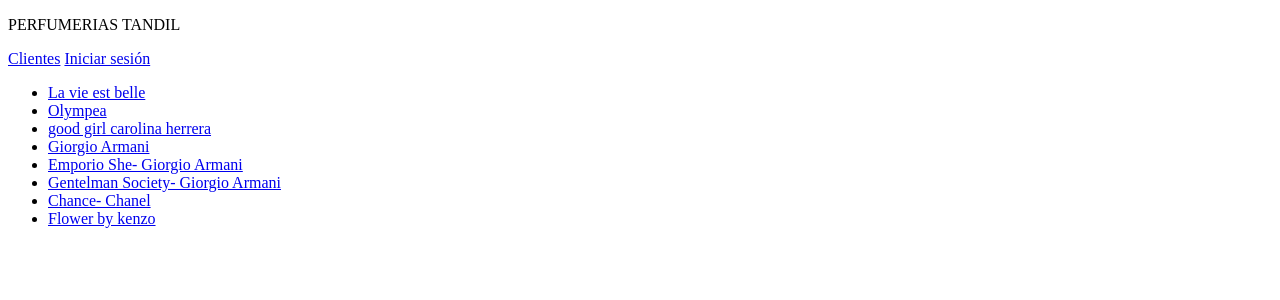
Repository: LuliDiNucci/TPO-Di-Nucci-Tunesi
Page: http://localhost/tpe/ventas
The author's editor kept a copy of each file at every save. The page is drawn from the files as they stood at one save, then again after the next save.
The browser window is 1280 px wide. The pictures show the whole page.
The page is run by PHP 8.4 with error messages shown; the project is at /var/www/html/. The database holds what the project's SQL file puts in it.

Above is the page before, as saved 2024-10-17 20:21:44.

### entrega2/tpe/router.php
<?php
require_once '../tpe/app/libs/respuesta.php';
require_once '../tpe/app/middlewares/aut.sesion.middleware.php';
require_once '../tpe/app/middlewares/verificar.aut.middleware.php';
require_once '../tpe/app/controladores/autenticacion.controlador.php';
require_once '../tpe/app/controladores/ventas.controlador.php';
require_once '../tpe/app/controladores/clientes.controlador.php';
require_once '../tpe/app/controladores/funcionalidades.controlador.php';
require_once '../tpe/config.php';
define('BASE_URL', '');

$res = new Respuesta();

$accion = 'home';
if (!empty($_GET['action'])) {
    $accion = $_GET['action'];
}

$parametros = explode('/', $accion);

switch ($parametros[0]) {
    case 'inicio':
        AutSesionMiddleware($res);
        $controlador = new ControladorFuncionalidades($res);
        $controlador->mostrarInicio();
        break;
    case 'ventas':
        AutSesionMiddleware($res);
        $controlador = new ControladorVentas($res);
        $controlador->mostrarVentas();
        break;
    case 'eliminarVenta':
        AutSesionMiddleware($res);
        VerificarAutMiddleware($res);
        $controlador = new ControladorVentas($res);
        $controlador->borrarVenta($parametros[1]);
        $controlador->mostrarVentas();
        break;
    case 'agregarVenta':
        AutSesionMiddleware($res);
        VerificarAutMiddleware($res);
        $controlador = new ControladorVentas($res);
        $controlador->agregarVenta();
        $controlador->mostrarVentas();
        break;

    case 'editarVenta':
        AutSesionMiddleware($res);
        VerificarAutMiddleware($res);
        $controlador = new ControladorVentas($res);
        $controlador->editarVenta($parametros[1]);
        break;

    case 'venta':
        AutSesionMiddleware($res);
        if (!empty($parametros[1])) {
            $controlador = new ControladorVentas($res);
            $controlador->mostrarVenta($parametros[1]);
        }
        break;
    case 'clientes':
        AutSesionMiddleware($res);
        $controlador = new ControladorClientes($res);
        $controlador->mostrarClientes();
        break;
    case 'agregarCliente':
        AutSesionMiddleware($res);
        VerificarAutMiddleware($res);
        $controlador = new ControladorClientes($res);
        $controlador->agregarCliente();
        $controlador->mostrarClientes();
        break;
    case 'eliminarCliente':
        AutSesionMiddleware($res);
        VerificarAutMiddleware($res);
        $controlador = new ControladorClientes($res);
        $controlador->borrarCliente($parametros[1]);
        $controlador->mostrarClientes();
        break;
    case 'editarCliente':
        AutSesionMiddleware($res);
        VerificarAutMiddleware($res);
        $controlador = new ControladorClientes($res);
        $controlador->editarCliente($parametros[1]);
        break;
    case 'cliente':
        if (!empty($parametros[1])) {
            $controlador = new ControladorClientes($res);
            $controlador->mostrarCliente($parametros[1]);
        }
        break;
    case 'mostrarIniciarSesion':
        $controlador = new AutenticacionControlador();
        $controlador->mostrarInicioSesion();
        break;
    case 'inicioSesion':
        $controlador = new AutenticacionControlador();
        $controlador->iniciarSesion();
        break;
    case 'cerrarSesion':
        AutSesionMiddleware($res);
        VerificarAutMiddleware($res);
        $controlador = new AutenticacionControlador();
        $controlador->cerrarSesion();
        break;
    default:
        $controlador = new ControladorFuncionalidades($res);
        $controlador->mostrarDefault("Page not found error 404");
        break;
}

### entrega2/tpe/app/libs/respuesta.php
<?php
    class Respuesta {
        public $usuario = null;
    }

### entrega2/tpe/app/middlewares/aut.sesion.middleware.php
<?php
    function AutSesionMiddleware($res) {
        session_start();
        if(isset($_SESSION['id_usuario'])){
            $res->usuario = new stdClass();
            $res->usuario->id_usuario = $_SESSION['id_usuario'];
            $res->usuario->nombre = $_SESSION['nombre'] ?? null;
            return;
        }
    }

### entrega2/tpe/app/middlewares/verificar.aut.middleware.php
<?php
    function VerificarAutMiddleware($res) {
        if($res->usuario) {
            return;
        } else {
            header('Location: ' . BASE_URL . 'showIniciarSesion');
            die();
        }
    }
?>

### entrega2/tpe/app/controladores/autenticacion.controlador.php
<?php

require_once '../tpe/app/modelos/usuario.modelo.php';
require_once '../tpe/app/vistas/autenticacion.vista.php';
require_once 'config.php';

class AutenticacionControlador
{
    private $modelo;
    private $vista;

    public function __construct()
    {
        $this->modelo = new ModeloUsuario();
        $this->vista = new AutenticacionVista();
    }

    public function mostrarInicioSesion()
    {
        return $this->vista->mostrarInicioSesion();
    }

    public function iniciarSesion()
    {
        if (empty($_POST['nombre']) && empty($_POST['contrasena'])) {
            return $this->vista->mostrarInicioSesion('Complete sus datos:');
        }

        $nombre = $_POST['nombre'];
        $contrasena = $_POST['contrasena'];
        $usuarioDB = $this->modelo->obtenerUsuarioPorNombre($nombre, $contrasena);


        if ($usuarioDB && password_verify($contrasena, $usuarioDB->contrasena)) {
            session_start();
            $_SESSION['id_usuario'] = $usuarioDB->id_usuario;
            $_SESSION['nombre'] = $usuarioDB->nombre;
            error_log('Usuario encontrado: ' . print_r($usuarioDB, true));
            header('Location: ' . BASE_URL . 'inicio');
            exit();
        } else {
            return $this->vista->mostrarInicioSesion('Datos incorrectos');
        }

    }
    public function cerrarSesion()
    {
        session_start();
        session_destroy();
        header('Location: ' . BASE_URL . 'inicio');
    }

}

### entrega2/tpe/app/modelos/usuario.modelo.php
<?php
require_once 'modelo.php';
require_once 'config.php';

class ModeloUsuario extends Modelo
{
    public function _deploy()
    {
        $query = $this->db->query('SHOW TABLES LIKE \'usuario\'');
        $tablas = $query->fetchAll();

        if (count($tablas) == 0) {
            $usuarios = [
                ['nombre' => 'webadmin', 'contrasena' => 'Admin1229']
            ];

            $sql = <<<SQL
                CREATE TABLE `usuario` (
                    `id_usuario` int(11) NOT NULL AUTO_INCREMENT,
                    `nombre` varchar(50) NOT NULL,
                    `contrasena` varchar(500) NOT NULL,
                    PRIMARY KEY (`id_usuario`)
                ) ENGINE=InnoDB DEFAULT CHARSET=utf8mb4 COLLATE=utf8mb4_general_ci;
            SQL;

            $this->db->query($sql);

            $insertarSql = "INSERT INTO usuario(nombre,contrasena) VALUES (?, ?)";
            $sentencia = $this->db->prepare($insertarSql);

            foreach ($usuarios as $usuario) {
                $sentencia->execute([
                    $usuario['nombre'],
                    password_hash($usuario['contrasena'], PASSWORD_DEFAULT)
                ]);
            }
        }
        $check = $this->db->query("SELECT * FROM usuario");
        var_dump($check->fetchAll());
    }

    public function obtenerUsuarioPorNombre($nombre, $contrasena)
    {
        // Buscar el usuario por su nombre
        $query = $this->db->prepare("SELECT * FROM usuario WHERE nombre = ?");
        $query->execute([$nombre]);

        $usuario = $query->fetch(PDO::FETCH_OBJ);

        return $usuario;
    }

}

### entrega2/tpe/app/modelos/modelo.php
<?php
require_once 'config.php';

abstract class Modelo {
    protected $db;

    public function __construct() {
        $this->db = new PDO("mysql:host=" . MYSQL_HOST .
            ";dbname=" . MYSQL_DB .
            ";charset=utf8", MYSQL_USER, MYSQL_PASS);
        $this->_deploy();
    }
    abstract protected function _deploy();
}

### entrega2/tpe/config.php
<?php

require_once '../tpe/app/modelos/ventas.modelo.php';
require_once '../tpe/app/modelos/usuario.modelo.php';
require_once '../tpe/app/modelos/clientes.modelo.php';
require_once '../tpe/app/modelos/modelo.php';

const MYSQL_USER = 'root';
const MYSQL_PASS = '';
const MYSQL_DB = 'compras';
const MYSQL_HOST = 'localhost';

### entrega2/tpe/app/modelos/ventas.modelo.php
<?php
require_once 'modelo.php';
require_once 'config.php';

class ModeloVentas extends Modelo
{
    protected function _deploy()
    {
        $query = $this->db->query('SHOW TABLES LIKE\'ventas\'');
        $tablas = $query->fetchAll();

        if (count($tablas) == 0) {
            $ventas = [
                ['clave_foranea' => '17', 'fecha_compra' => '2024-10-17 17:38:24', 'monto' => '175000', 'producto' => 'Olympea', 'importado' => '0'],
                ['clave_foranea' => '17', 'fecha_compra' => '2024-10-17 17:38:24', 'monto' => '175000', 'producto' => 'Olympea', 'importado' => '0'],
                ['clave_foranea' => '14', 'fecha_compra' => '2024-10-17 22:39:21', 'monto' => '223740', 'producto' => 'good girl carolina herrera', 'importado' => '1'],
                ['clave_foranea' => '15', 'fecha_compra' => '2024-10-17 22:39:57', 'monto' => '185900', 'producto' => 'Giorgio Armani', 'importado' => '1'],
                ['clave_foranea' => '15', 'fecha_compra' => '2024-10-17 22:40:25', 'monto' => '161100', 'producto' => 'Emporio She- Giorgio Armani', 'importado' => '0'],
                ['clave_foranea' => '18', 'fecha_compra' => '2024-10-17 22:40:50', 'monto' => '166789', 'producto' => 'Gentelman Society- Giorgio Armani', 'importado' => '1'],
                ['clave_foranea' => '16', 'fecha_compra' => '2024-10-17 22:41:23', 'monto' => '153500', 'producto' => 'Chance- Chanel', 'importado' => '1'],
                ['clave_foranea' => '16', 'fecha_compra' => '2024-10-17 22:41:50', 'monto' => '154615', 'producto' => 'Flower by kenzo', 'importado' => '1']

            ];
            $sql = <<<SQL
                CREATE TABLE `ventas` (
                        `id_venta` int(11) NOT NULL,
                        `clave_foranea` int(11) NOT NULL,
                        `fecha_compra` datetime NOT NULL,
                        `monto` int(255) NOT NULL,
                        `producto` varchar(255) NOT NULL,
                        `Importado` tinyint(1) NOT NULL
                        ) ENGINE=InnoDB DEFAULT CHARSET=utf8 COLLATE=utf8_spanish_ci;
            SQL;
            $this->db->query($sql);
            $insertarSql = "INSERT INTO ventas (clave_foranea, fecha_compra, monto, producto, importado) values(?,?,?,?,?)";
            $sentencia = $this->db->prepare($insertarSql);
            foreach ($ventas as $venta) {
                $sentencia->execute([
                    $venta['clave_foranea'],
                    $venta['fecha_compra'],
                    $venta['monto'],
                    $venta['producto'],
                    $venta['importado']
                ]);
            }
        }
    }
    public function obtenerVentas()
    {
        $query = $this->db->prepare('SELECT * FROM ventas');
        $query->execute();

        $ventas = $query->fetchAll(PDO::FETCH_OBJ);

        return $ventas;
    }

    public function obtenerVenta($id_venta)
    {
        $query = $this->db->prepare('SELECT * FROM ventas WHERE id_venta = ?');
        $query->execute([$id_venta]);

        $venta = $query->fetch(PDO::FETCH_OBJ);

        return $venta;
    }

    public function insertarVenta($clave_foranea, $fecha_compra, $monto, $producto, $importado)
    {
            $query = $this->db->prepare('INSERT INTO ventas(clave_foranea, fecha_compra, monto, producto, importado) VALUES (?, ?, ?, ?, ?)');
            $query->execute([$clave_foranea, $fecha_compra, $monto, $producto, $importado]);

            $id_venta = $this->db->lastInsertId();

            return $id_venta;
    }

    public function borrarVenta($id_venta)
    {
        $query = $this->db->prepare('DELETE FROM ventas WHERE id_venta = ?');
        $query->execute([$id_venta]);
    }


    public function editarVenta($id_venta, $fecha_compra, $monto, $producto, $importado)
    {
        $query = $this->db->prepare('UPDATE ventas SET fecha_compra = ?, monto = ?, producto = ?, importado = ? WHERE id_venta = ?');
        $query->execute([$fecha_compra, $monto, $producto, $importado, $id_venta]);
    }
}

### entrega2/tpe/app/vistas/autenticacion.vista.php
<?php

class AutenticacionVista{
    private $usuario = null;

    public function mostrarInicioSesion($error = '') {
        require '../tpe/app/plantillas/form_inicio_sesion.phtml';
    }

}

### entrega2/tpe/app/controladores/ventas.controlador.php
<?php
require_once '../tpe/app/modelos/ventas.modelo.php';
require_once '../tpe/app/vistas/ventas.vista.php';
require_once 'config.php';

class ControladorVentas
{
    private $modelo;
    private $vista;

    private $modeloCLientes;

    private $usuario;

    public function __construct($res)
    {
        $this->modelo = new ModeloVentas();
        $this->vista = new VistaVentas($res->usuario);
        $this->modeloCLientes = new ModeloClientes();
        $this->usuario=$res->usuario;
    }

    public function mostrarVentas()
    {
        $ventas = $this->modelo->obtenerVentas();
        $clientes = $this->modeloCLientes->obtenerClientes();
        return $this->vista->mostrarVentas($ventas, $clientes);
    }

    public function mostrarVenta($id_venta)
    {
        $venta = $this->modelo->obtenerVenta($id_venta);
        $clientes= $this->modeloCLientes->obtenerClientes();

        if ($venta) {
            return $this->vista->mostrarVenta($venta, $clientes);

        } else {
            header("Location: ../ventas");
            exit;
        }
    }
    public function agregarVenta()
        {
            $claveForanea = $_POST['clave_foranea'];
            $fechaCompra = $_POST['fecha_compra'];
            $monto = $_POST['monto'];
            $producto = $_POST['producto'];
            $importado = $_POST['importado'];

            $this->modelo->insertarVenta($claveForanea, $fechaCompra, $monto, $producto, $importado);

            header("Location: ././ventas");
            exit;
        }

    public function borrarVenta($id_venta)
    {
        $venta = $this->modelo->obtenerVenta($id_venta);
        $this->modelo->borrarVenta($id_venta);

        header("Location: ../ventas");
        exit;
    }

    public function editarVenta($id_venta)
    {

        $venta = $this->modelo->obtenerVenta($id_venta);
        $clientes = $this->modeloCLientes->obtenerClientes();

        if (isset($_POST['producto']) ) {

            $fecha_compra = $_POST['fecha_compra'];
            $monto = $_POST['monto'];
            $producto = $_POST['producto'];
            $importado = $_POST['importado'];

            $this->modelo->editarVenta($id_venta, $fecha_compra, $monto, $producto, $importado);
            header("Location: ../ventas");
            exit;

        } else {
            $this->vista->mostrarFormularioEditar($venta, $clientes);
        }

    }




}

### entrega2/tpe/app/vistas/ventas.vista.php
<?php

class VistaVentas {
    private $usuario = null;

    public function __construct($usuario) {
        $this->usuario = $usuario;
    }



    public function mostrarVentas($ventas, $clientes) {
        $cantidadVentas = count($ventas);
        $cantidadClientes = count($clientes);
        $usuario = $this->usuario;
        require '../tpe/app/plantillas/lista_ventas.phtml';
        if (isset($_SESSION['nombre'])){
            require '../tpe/app/plantillas/form_venta.phtml';
        }

    }

    public function mostrarVenta($venta, $clientes) {
       require '../tpe/app/plantillas/detalle_venta.phtml';
    }

    public function mostrarError($error) {
        require '../tpe/app/plantillas/error.phtml';
    }
    public function mostrarFormularioEditar($venta, $clientes) {
        require '../tpe/app/plantillas/form_editar_venta.phtml';
    }

}

### entrega2/tpe/app/controladores/clientes.controlador.php
<?php
require_once '../tpe/app/modelos/clientes.modelo.php';
require_once '../tpe/app/vistas/clientes.vista.php';
require_once 'config.php';

class ControladorClientes
{
    private $modelo;
    private $vista;

    public function __construct($res)
    {
        $this->modelo = new ModeloClientes();
        $this->vista = new VistaClientes($res->usuario);
    }

    public function mostrarClientes()
    {
        $clientes = $this->modelo->obtenerClientes();

        return $this->vista->mostrarClientes($clientes);
    }
    public function mostrarCliente($id_cliente)
    {
        $cliente = $this->modelo->obtenerClientes($id_cliente);
        $ventasCliente = $this->modelo->obtenerVentasCliente($id_cliente);

        if ($cliente) {
            $this->vista->mostrarCliente($cliente, $ventasCliente);
        } else {
            header("Location: ../clientes");
            exit;
        }
    }


    public function agregarCliente()
    {
        $dni = $_POST['dni'];
        $nombre = $_POST['nombre'];
        $telefono = $_POST['telefono'];
        $mail = $_POST['mail'];
        $fecha_nacimiento = $_POST['fecha_nacimiento'];
        $imagen = $_POST['imagen'];

        $this->modelo->insertarCliente($dni, $nombre, $telefono, $mail, $fecha_nacimiento, $imagen);

        header("Location: ././clientes");
        exit;
    }

    public function borrarCliente($id_cliente)
    {
        $cliente = $this->modelo->obtenerCliente($id_cliente);
        $this->modelo->borrarCliente($id_cliente);
        header("Location: ../clientes");
        exit;
    }
    public function editarCliente($id_cliente)
    {

        $cliente = $this->modelo->obtenerCliente($id_cliente);

        if (isset($_POST['nombre']) ) {

            $nombre = $_POST['nombre'];
            $telefono = $_POST['telefono'];
            $mail = $_POST['mail'];
            $fecha_nacimiento = $_POST['fecha_nacimiento'];
            $imagen = $_POST['imagen'];

            $this->modelo->editarCliente($id_cliente, $nombre, $telefono, $mail, $fecha_nacimiento, $imagen);
            header("Location: ../clientes");
            exit;

        } else {
            $this->vista->mostrarFormularioEditar( $cliente);
        }

    }
}

### entrega2/tpe/app/vistas/clientes.vista.php
<?php

class VistaClientes {
    private $usuario= null;

    public function __construct($usuario) {
        $this->usuario = $usuario;
    }

    public function mostrarClientes($clientes) {
        $cantidadClientes = count($clientes);

        require '../tpe/app/plantillas/lista_clientes.phtml';
        if (isset($_SESSION['nombre'])){
            require '../tpe/app/plantillas/form_clientes.phtml';
        }

    }
    public function mostrarCliente($cliente, $ventasCliente){
        $ventas=count($ventasCliente);
        require '../tpe/app/plantillas/detalle_cliente.phtml';
        require '../tpe/app/plantillas/lista_ventas_cliente.phtml';
    }

    public function mostrarFormularioEditar($cliente) {
        require '../tpe/app/plantillas/form_editar_cliente.phtml';
    }
    public function mostrarError($error) {
        require '../tpe/app/plantillas/error.phtml';
    }

}

### entrega2/tpe/app/controladores/funcionalidades.controlador.php
<?php

require_once '../tpe/app/vistas/funcionalidades.vista.php';
class ControladorFuncionalidades{
    private $vista;


    public function __construct($res)
    {
        $this->vista = new VistaFuncionalidades($res->usuario);
    }

    public function mostrarInicio(){
        $this->vista->mostrarInicio();
    }

    public function mostrarDefault($error){
        $this->vista->mostrarDefault($error);
    }
}

### entrega2/tpe/app/vistas/funcionalidades.vista.php
<?php

class VistaFuncionalidades
{
    private $usuario = null;

    public function __construct($usuario)
    {
        $this->usuario = $usuario;
    }

    public function mostrarDefault($error)
    {
        require '../tpe/app/plantillas/error.phtml';
    }


    public function mostrarInicio()
    {
        require '../tpe/app/plantillas/inicio.phtml';
    }
}

### entrega2/tpe/app/plantillas/lista_ventas.phtml
<?php require '../tpe/app/plantillas/disenio/encabezado.phtml'; ?>
<ul class="listas">
    <?php
    if (!empty($ventas) && (is_array($ventas) || is_object($ventas))):
        foreach ($ventas as $venta): ?>
            <li>
                <a href="./venta/<?= $venta->id_venta ?>"><?= $venta->producto ?></a>
                <div class="actions">
                <?php if (isset($_SESSION['nombre'])): ?>
                    <a href="./eliminarVenta/<?= $venta->id_venta ?>" type="button" class='button'>Borrar</a>
                    <a href="./editarVenta/<?= $venta->id_venta ?>" type="button" class='button'>Editar</a>
                 <?php endif; ?>

                </div>
            </li>
        <?php endforeach ?>
    <?php endif; ?>
</ul>

### entrega2/tpe/app/plantillas/disenio/encabezado.phtml
<?php
$sesionIniciada = isset($_SESSION['nombre']);
$current_page = basename($_SERVER['REQUEST_URI'], ".php");
?>

<!DOCTYPE html>
<html lang="en">

<head>
    <meta charset="UTF-8">
    <meta name="viewport" content="width=device-width, initial-scale=1.0">
    <title>PerfumeriasTandil</title>
    <link rel="stylesheet" type="text/css" href="css/estilos.css">
</head>

<body>
    <header>
        <p> PERFUMERIAS TANDIL</p>

        <?php if ($current_page != 'clientes'): ?>
            <a href="clientes">Clientes</a>
        <?php endif; ?>

        <?php if ($current_page != 'ventas'): ?>
            <a href="ventas">Ventas</a>
        <?php endif; ?>

        <?php if ($sesionIniciada): ?>
            <a href="cerrarSesion">Cerrar sesión</a>
            <?php else: ?>
                <a href="inicioSesion">Iniciar sesión</a>
        <?php endif; ?>

    </header>
</body>

</html>

### entrega2/tpe/app/plantillas/error.phtml
<?php require '../tpe/app/plantillas/disenio/encabezado.phtml'; ?>

<div class="error">
<?= $error ?>
</div>

<?php require '../tpe/app/plantillas/disenio/pieDePagina.phtml'; ?>

### entrega2/tpe/app/plantillas/disenio/pieDePagina.phtml
<!DOCTYPE html>
<html lang="en">
<head>
    <meta charset="UTF-8">
    <meta name="viewport" content="width=device-width, initial-scale=1.0">
    <title>PerfumeriasTandil</title>
    <link rel="stylesheet" type="text/css" href="css/estilos.css">
</head>
<body>
        <footer>
            <div class=footer>
                <p>SAN MARTIN 240</p>
                <p>2494556489</p>
            </div>
    </footer>
</body>

### entrega2/compras.sql (the tables this page reads)
CREATE TABLE `clientes` (
  `id_cliente` int(11) NOT NULL,
  `dni` int(10) NOT NULL,
  `nombre` varchar(100) NOT NULL,
  `telefono` int(50) NOT NULL,
  `mail` varchar(100) NOT NULL,
  `fecha_nacimiento` date NOT NULL,
  `imagen` varchar(200) NOT NULL
) ENGINE=InnoDB DEFAULT CHARSET=utf8 COLLATE=utf8_spanish_ci;

INSERT INTO `clientes` (`id_cliente`, `dni`, `nombre`, `telefono`, `mail`, `fecha_nacimiento`, `imagen`) VALUES
(14, 46555898, 'Maria Florencia Miguens', 556688, 'florenciamiguens@gmail.com', '2014-10-08', 'https://weremote.net/wp-content/uploads/2022/08/mujer-sonriente-apunta-arriba-1536x1024.jpg'),
(15, 38759465, 'Pedro Gonzales', 779635, 'pedrogonzales@gmail.com', '2014-10-05', 'https://plus.unsplash.com/premium_photo-1682096259050-361e2989706d?q=80&w=1470&auto=format&fit=crop&ixlib=rb-4.0.3&ixid=M3wxMjA3fDB8MHxwaG90by1wYWdlfHx8fGVufDB8fHx8fA%3D%3D'),
(16, 35648965, 'Sofia Pereyra', 541235, 'sofiap@gmail.com', '2014-10-06', 'https://phantom-telva.unidadeditorial.es/9132d2a2c7abb6ab7cf099d4af093fa6/resize/1280/f/webp/assets/multimedia/imagenes/2023/03/05/16780029716658.jpg'),
(17, 41235698, 'Lucia Rodriguez', 458976, 'luciarodriguez@gmail.com', '2014-10-08', 'https://as1.ftcdn.net/v2/jpg/06/02/06/62/1000_F_602066201_4zhQhDW6qVGqTQSaPmZzPfxKwQCEL3Kt.jpg'),
(18, 29564879, 'Rodrigo Martinez', 548796, 'rodrigom20@gmail.com', '2024-10-01', 'https://media.revistagq.com/photos/6008111d0c66a2a0f048c638/16:9/w_1600,c_limit/chris-hemsworth.jpg');

ALTER TABLE `clientes`
  ADD PRIMARY KEY (`id_cliente`),
  ADD UNIQUE KEY `dni` (`dni`),
  ADD UNIQUE KEY `mail` (`mail`),
  ADD UNIQUE KEY `telefono` (`telefono`);

ALTER TABLE `clientes`
  MODIFY `id_cliente` int(11) NOT NULL AUTO_INCREMENT, AUTO_INCREMENT=19;

CREATE TABLE `ventas` (
  `id_venta` int(11) NOT NULL,
  `clave_foranea` int(11) NOT NULL,
  `fecha_compra` datetime NOT NULL,
  `monto` int(255) NOT NULL,
  `producto` varchar(255) NOT NULL,
  `Importado` tinyint(1) NOT NULL
) ENGINE=InnoDB DEFAULT CHARSET=utf8 COLLATE=utf8_spanish_ci;

INSERT INTO `ventas` (`id_venta`, `clave_foranea`, `fecha_compra`, `monto`, `producto`, `Importado`) VALUES
(24, 17, '2024-10-17 17:38:02', 220000, 'La vie est belle', 0),
(25, 17, '2024-10-17 17:38:24', 175000, 'Olympea', 0),
(26, 14, '2024-10-17 22:39:21', 223740, 'good girl carolina herrera', 1),
(27, 15, '2024-10-17 22:39:57', 185900, 'Giorgio Armani', 1),
(28, 15, '2024-10-17 22:40:25', 161100, 'Emporio She- Giorgio Armani', 0),
(29, 18, '2024-10-17 22:40:50', 166789, 'Gentelman Society- Giorgio Armani', 1),
(30, 16, '2024-10-17 22:41:23', 153500, 'Chance- Chanel', 1),
(31, 16, '2024-10-17 22:41:50', 154615, 'Flower by kenzo', 1);

ALTER TABLE `ventas`
  ADD PRIMARY KEY (`id_venta`),
  ADD KEY `clave foranea` (`clave_foranea`);

ALTER TABLE `ventas`
  MODIFY `id_venta` int(11) NOT NULL AUTO_INCREMENT, AUTO_INCREMENT=32;

ALTER TABLE `ventas`
  ADD CONSTRAINT `ventas_ibfk_1` FOREIGN KEY (`clave_foranea`) REFERENCES `clientes` (`id_cliente`) ON DELETE CASCADE;

Loaded but not shown: entrega2/tpe/app/modelos/clientes.modelo.php (103 lines, source omitted)

After the next save:
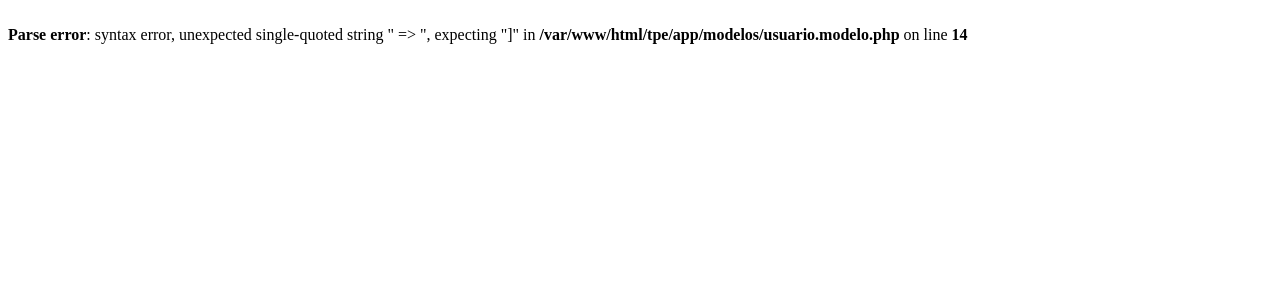
Saved 12 s later.
--- a/entrega2/tpe/app/modelos/usuario.modelo.php
+++ b/entrega2/tpe/app/modelos/usuario.modelo.php
@@ -11,7 +11,7 @@
 
         if (count($tablas) == 0) {
             $usuarios = [
-                ['nombre' => 'webadmin', 'contrasena' => 'Admin1229']
+                ['id_usuario'=>'1', nombre' => 'webadmin', 'contrasena' => 'Admin1229']
             ];
 
             $sql = <<<SQL

After the save that followed:
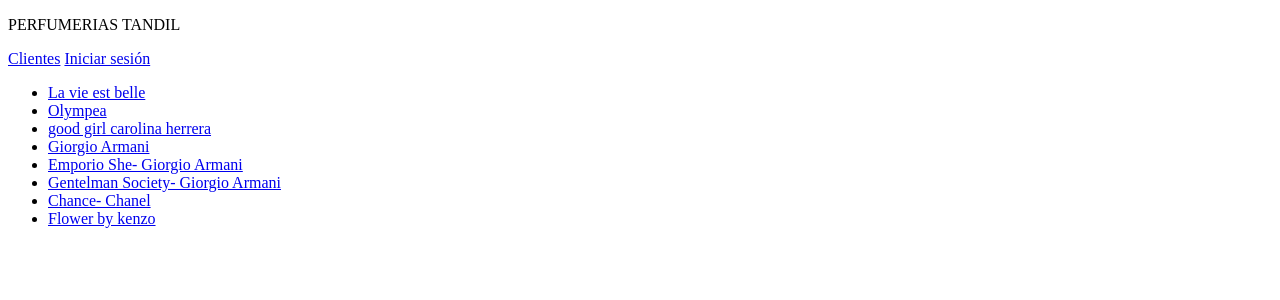
Saved 3 s later.
--- a/entrega2/tpe/app/modelos/usuario.modelo.php
+++ b/entrega2/tpe/app/modelos/usuario.modelo.php
@@ -11,7 +11,7 @@
 
         if (count($tablas) == 0) {
             $usuarios = [
-                ['id_usuario'=>'1', nombre' => 'webadmin', 'contrasena' => 'Admin1229']
+                ['id_usuario'=>'1', 'nombre' => 'webadmin', 'contrasena' => 'Admin1229']
             ];
 
             $sql = <<<SQL
